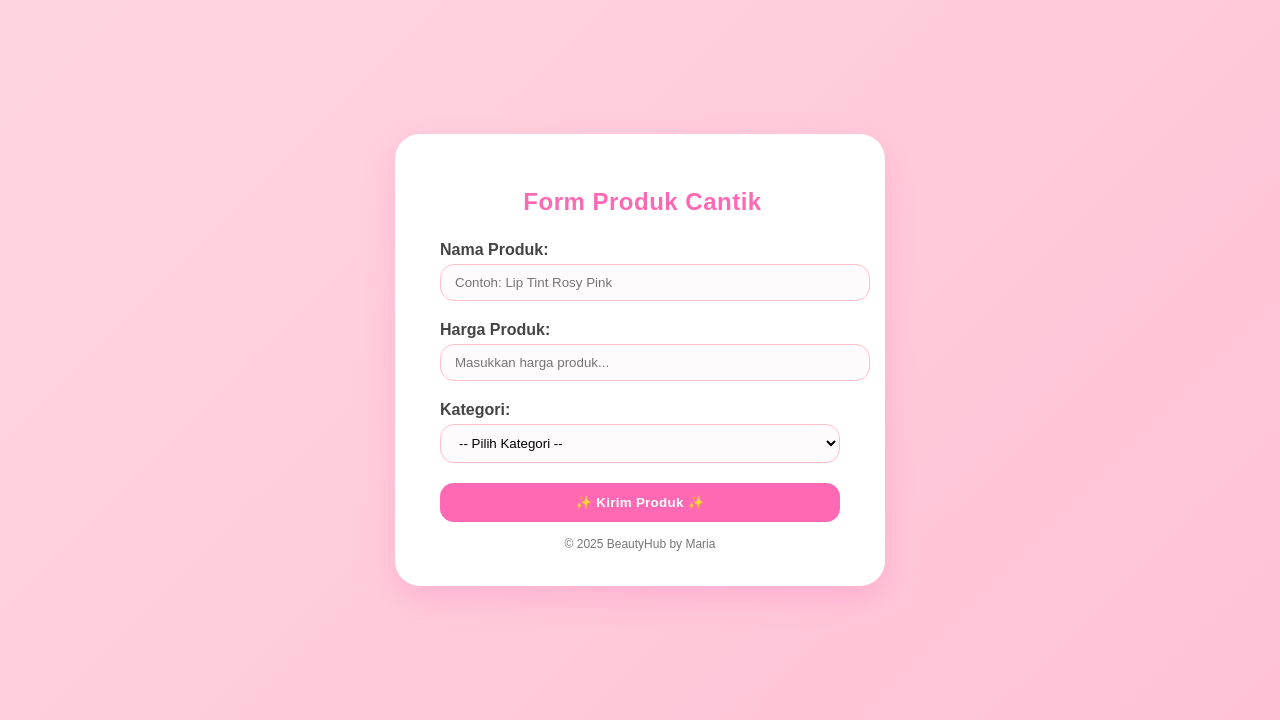
Repository: Bearli-py/latihan_laravel
Page: http://localhost/form-produk
These files come from the project's save history. The page is drawn as it stood at one moment and after a run of saves; the edit follows.
The browser window is 1280 px wide. The pictures show the whole page.
Some web fonts or font styles are not loaded; a fallback is used. The page is served by the project's Laravel application, run on PHP 8.4 with Laravel 10.

Above is the page before, as saved 2025-10-22 14:56:46.

After the next 3 saves:
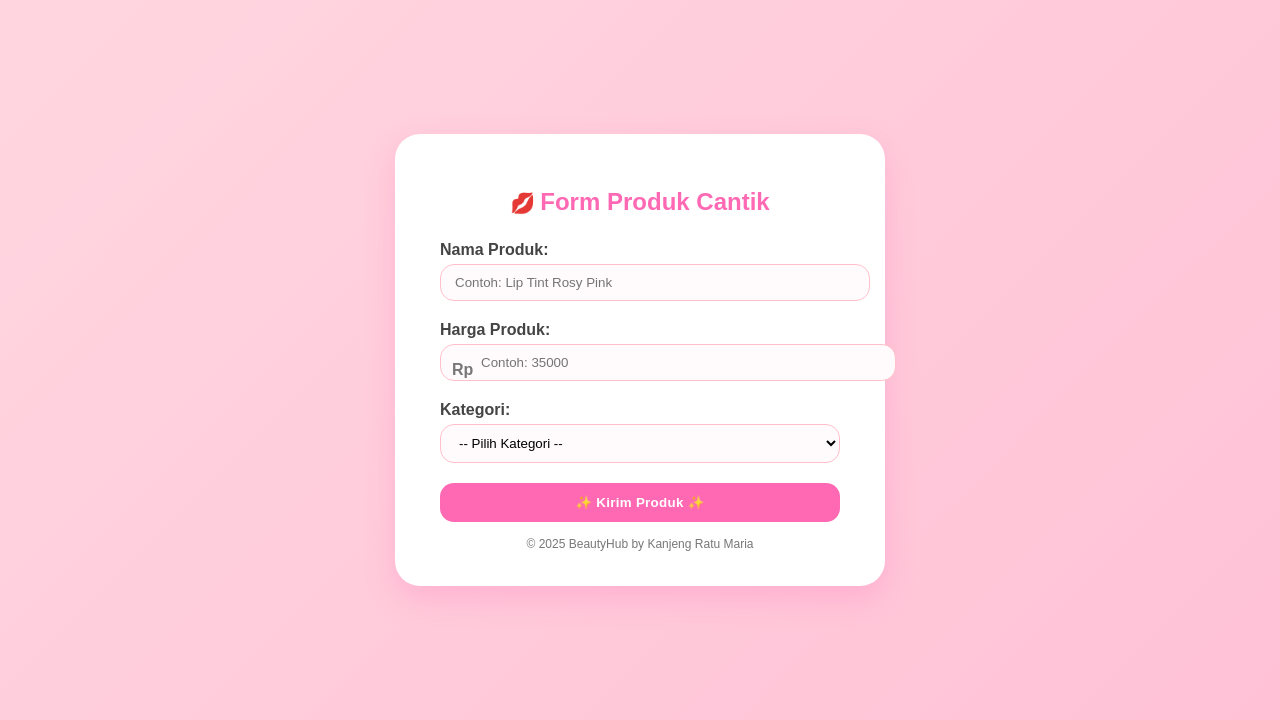
The 3 saves are shown as one change because they came seconds apart.
The last was saved 101 s later.
--- a/resources/views/form-produk.blade.php
+++ b/resources/views/form-produk.blade.php
@@ -4,7 +4,7 @@
     <meta charset="UTF-8">
     <meta name="viewport" content="width=device-width, initial-scale=1.0">
     <title>Form Produk Cantik</title>
-    <!-- Import font aesthetic -->
+    <!-- Font aesthetic -->
     <link href="https://fonts.googleapis.com/css2?family=Quicksand:wght@400;500;600;700&display=swap" rel="stylesheet">
 
     <style>
@@ -37,7 +37,6 @@
             color: #FF69B4;
             margin-bottom: 25px;
             font-weight: 700;
-            letter-spacing: 0.5px;
         }
 
         label {
@@ -61,6 +60,24 @@
         input:focus, select:focus {
             border-color: #FF69B4;
             box-shadow: 0 0 6px rgba(255, 105, 180, 0.5);
+        }
+
+        /* styling khusus buat input harga */
+        .input-rupiah {
+            position: relative;
+        }
+
+        .input-rupiah span {
+            position: absolute;
+            top: 50%;
+            left: 12px;
+            transform: translateY(-50%);
+            color: #777;
+            font-weight: 600;
+        }
+
+        .input-rupiah input {
+            padding-left: 40px; /* biar ga nabrak Rp */
         }
 
         button {
@@ -97,14 +114,17 @@
 </head>
 <body>
     <div class="form-container">
-        <h2><span class="emoji"></span>Form Produk Cantik</h2>
+        <h2><span class="emoji">💋</span>Form Produk Cantik</h2>
         <form action="/kirim-produk" method="POST">
             @csrf
             <label for="nama">Nama Produk:</label>
             <input type="text" id="nama" name="nama" placeholder="Contoh: Lip Tint Rosy Pink" required>
 
             <label for="harga">Harga Produk:</label>
-            <input type="number" id="harga" name="harga" placeholder="Masukkan harga produk..." required>
+            <div class="input-rupiah">
+                <span>Rp</span>
+                <input type="number" id="harga" name="harga" placeholder="Contoh: 35000" min="1000" step="500" required>
+            </div>
 
             <label for="kategori">Kategori:</label>
             <select id="kategori" name="kategori" required>
@@ -118,7 +138,7 @@
 
             <button type="submit">✨ Kirim Produk ✨</button>
         </form>
-        <footer>© 2025 BeautyHub by Maria</footer>
+        <footer>© 2025 BeautyHub by Kanjeng Ratu Maria</footer>
     </div>
 </body>
 </html>
